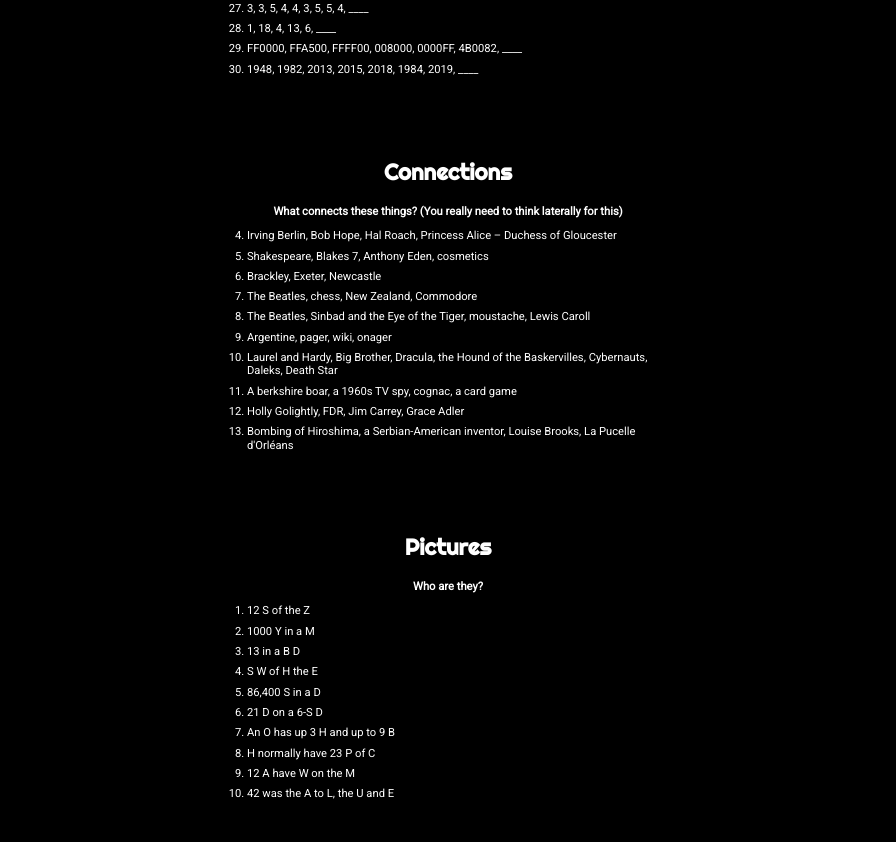
Repository: Domehead123/quiz
Page: index.html
The author's editor kept a record of every edit. The page is drawn from the files as they stood at one moment, then again after the next edit.
The browser window is 1280 px wide. The pictures show the part of the page from y = 1564 to 3484 px (the page is 2767 px tall before and 3484 px after), at 70% of full size.

Above is the page before.

### index.html
<!DOCTYPE html>
<html lang="en">
<head>
    <meta charset="UTF-8">
    <meta name="viewport" content="width=device-width, initial-scale=1.0">
    <meta http-equiv="X-UA-Compatible" content="ie=edge">
    <link href="https://fonts.googleapis.com/css2?family=Righteous&family=Roboto&display=swap" rel="stylesheet">
    <link rel="stylesheet" href="style.css" type="text/css" />
    <title>Quiz</title>
</head>
<body>

<div class="container">
    <h1>Quiz</h1>
    <p>Fifty questions. You can google the answers if you want, but you may have to do a bit more detective work.</p>
    <p>The answers will appear here at 7pm on Sunday 10 May.</p>
    </div>

    <div class="section one">
        <div class="container">
        <h2>Number Abbreviations</h2>


        <p>e.g 7 D in a W = 7 Days in a Week</p>
        <ol>
        <li>12 S of the Z</li>
<li>1000 Y in a M</li>
<li>13 in a B D</li>
<li>S W of H the E</li>
<li>86,400 S in a D</li>
<li>21 D on a 6-S D</li>
<li>An O has 3 H and up to 9 B</li>
<li>H normally have 23 P of C</li>
<li>12 A have W on the M</li>
<li>42 was the A to L, the U and E</li>
</ol>
        </div>
    </div>

        <div class="section two">
        <div class="container">
        <h2>Anagrams</h2>



        <ol start="11">
        <li>Prod Tonally (Singer)</li>
<li>Ablutions (Sportsman)</li>
<li>Bionic Drama (Politician)</li>
<li>A Nude Rove (TV programme)</li>
<li>Smearing Pro (TV Presenter)</li>
<li>Easily Corona (Film)</li>
<li>Gushing Therewith Book)</li>
<li>Actions Anew (Scientist)</li>

</ol>
        </div>
    </div>


        <div class="section three">
        <div class="container">
              <h2>Sequences</h2>
   <p>What comes next?</p>
        <ol start="21">
        <li>M, V, E, M, J, S, U, ____</li>
 <li>William, Patrick, Jon, Tom, Peter, Colin, ____</li>
 <li>2, 5, 10, 17, 26, 37, ____</li>
 <li>Sergeant, Nurse, Teacher, Constable, ____</li>
 <li>Wood, Tin, Crystal, Porcelain, ____</li>
 <li>Ghana, Togo, Burkina Faso, Mali, Algeria, Spain, France, ____</li>
 <li>3, 3, 5, 4, 4, 3, 5, 5, 4, ____</li>
 <li>1, 18, 4, 13, 6, ____</li>
 <li>FF0000, FFA500, FFFF00, 008000, 0000FF, 4B0082, ____</li>
 <li>1948, 1982, 2013, 2015, 2018, 1984, 2019, ____</li>

</ol>
        </div>
    </div>


        <div class="section four">
        <div class="container">
        <h2>Connections</h2>


        <p>What connects these things? (You really need to think laterally for this)</p>
        <ol start="4">
        <li>Irving Berlin, Bob Hope, Hal Roach, Princess Alice – Duchess of Gloucester</li>
<li>Shakespeare, Blakes 7, Anthony Eden, cosmetics</li>
<li>Brackley, Exeter, Newcastle</li>
<li>The Beatles, chess, New Zealand, Commodore</li>
<li>The Beatles, Sinbad and the Eye of the Tiger, moustache, Lewis Caroll</li>
<li>Argentine, pager, wiki, onager</li>
<li>Laurel and Hardy, Big Brother, Dracula, the Hound of the Baskervilles, Cybernauts, Daleks, Death Star</li>
<li>A berkshire boar, a 1960s TV spy, cognac, a card game</li>
<li>Holly Golightly, FDR, Jim Carrey, Grace Adler</li>
<li>Bombing of Hiroshima, a Serbian-American inventor, Louise Brooks, La Pucelle d'Orléans</li>
</ol>
        </div>
    </div>

        <div class="section five">
        <div class="container">
        <h2>Pictures</h2>


        <p>Who are they?</p>
        <ol>
        <li>12 S of the Z</li>
<li>1000 Y in a M</li>
<li>13 in a B D</li>
<li>S W of H the E</li>
<li>86,400 S in a D</li>
<li>21 D on a 6-S D</li>
<li>An O has up 3 H and up to 9 B</li>
<li>H normally have 23 P of C</li>
<li>12 A have W on the M</li>
<li>42 was the A to L, the U and E</li>
</ol>
        </div>
    </div>


</body>
</html>

### style.css
body {
font-family: 'Roboto', sans-serif;
background: #000;
color: #fff;
margin: 0;
text-align: center;
}

.container {
    width: 80%;
    margin: 0 auto;
}

p {
    font-weight: bold;
}

h1 {
font-family: 'Righteous', cursive;
font-size: 5em;
}

h2 {
font-family: 'Righteous', cursive;
font-size: 2em;
}


.section {
    padding: 30px 0 50px 0;
}

.one {
    background: #333;
    margin-top: 70px;
}

.two {
    background: #666;
}

.one {
    background: #333;
    margin-top: 70px;
}

.one {
    background: #333;
    margin-top: 70px;
}

.one {
    background: #333;
    margin-top: 70px;
}


ol {
    width: 60%;
    text-align: left;
    margin: 0 auto;
}

li  {
margin: 10px 0 ;
}
}

After the next edit:
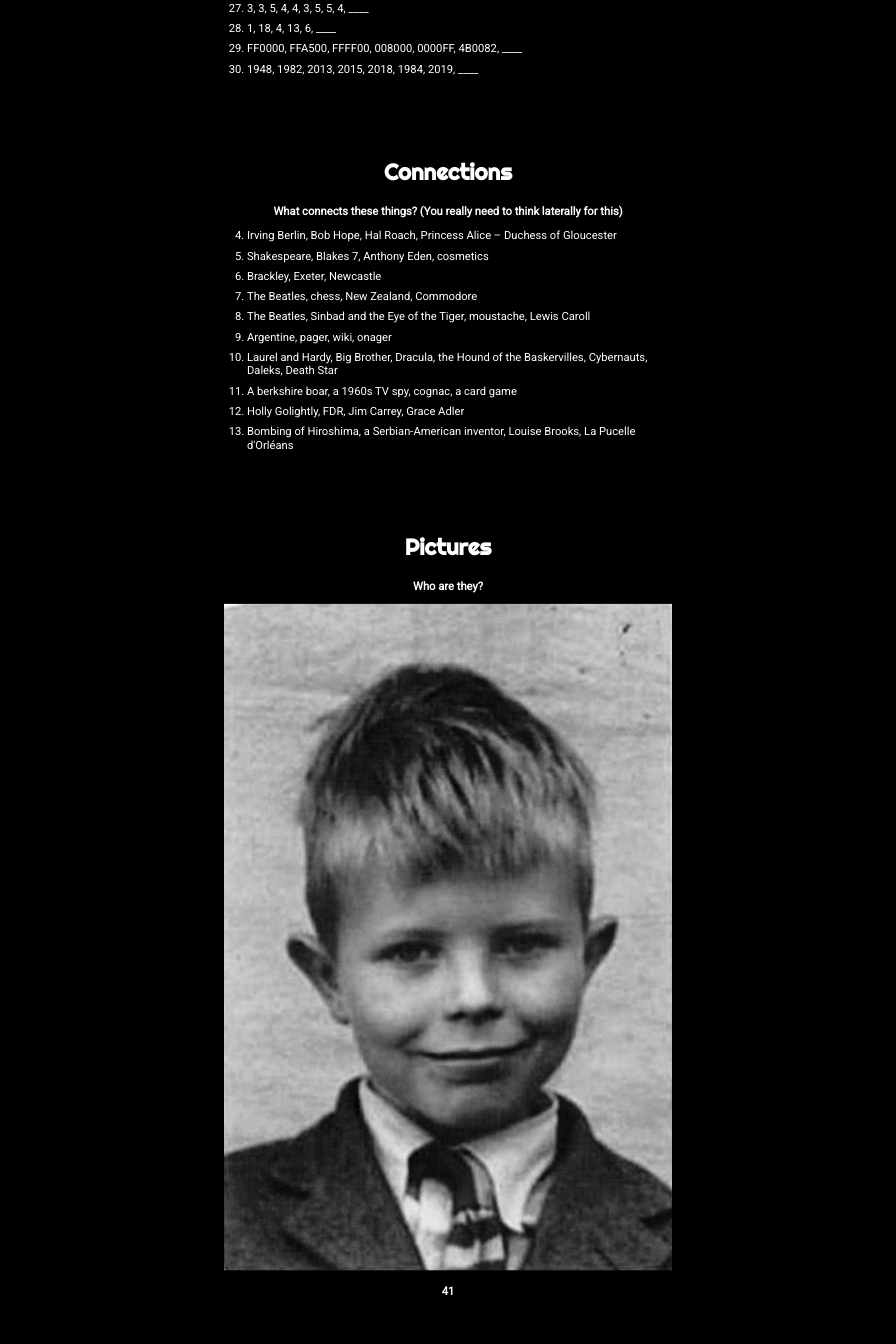
The edit:
--- a/index.html
+++ b/index.html
@@ -106,18 +106,11 @@
 
 
         <p>Who are they?</p>
-        <ol>
-        <li>12 S of the Z</li>
-<li>1000 Y in a M</li>
-<li>13 in a B D</li>
-<li>S W of H the E</li>
-<li>86,400 S in a D</li>
-<li>21 D on a 6-S D</li>
-<li>An O has up 3 H and up to 9 B</li>
-<li>H normally have 23 P of C</li>
-<li>12 A have W on the M</li>
-<li>42 was the A to L, the U and E</li>
-</ol>
+
+<div class"image">
+    <img src="images/1.jpg">
+    <p>41</p>
+</div>
         </div>
     </div>
 
